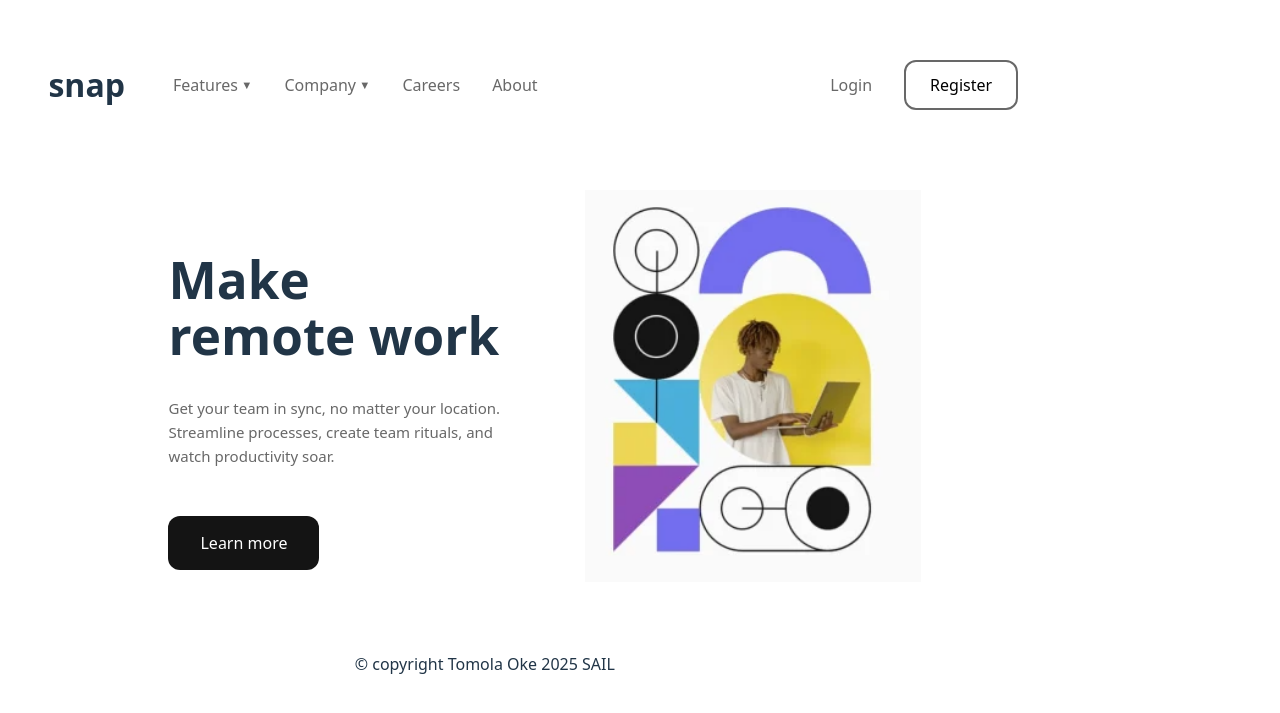
Repository: tomolaoke/SNAP
Page: /
An editor plug-in stored every save of this project. The page is shown before and after the next save, followed by the edit.
The browser window is 1280 px wide. The pictures show the whole page.
The project was rebuilt for these pictures with package versions that can differ from the ones it lists, and the page was loaded fresh each time. Also part of the build but not shown: vite.config.js, src/components/footer/Footer.css.

Above is the page before, as saved 2025-06-21 22:06:35.

After the next save:
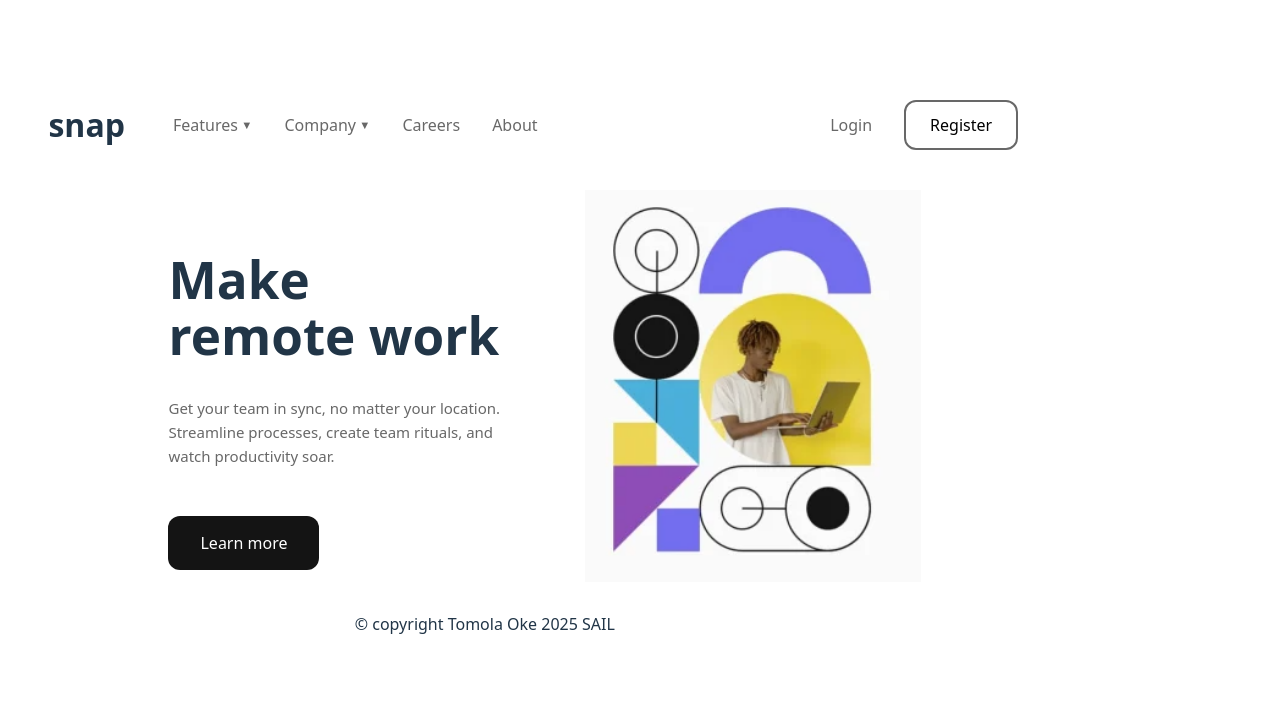
Saved 70 s later.
--- a/src/block/heroblock/HeroBlock.css
+++ b/src/block/heroblock/HeroBlock.css
@@ -2,7 +2,7 @@
   display: flex;
   align-items: center;
   gap: 5rem;
-  padding: 3rem 5%;
+  padding: 0.5rem 5%; /* Reduced top and bottom padding */
 }
 
 .hero-text {

After the save that followed:
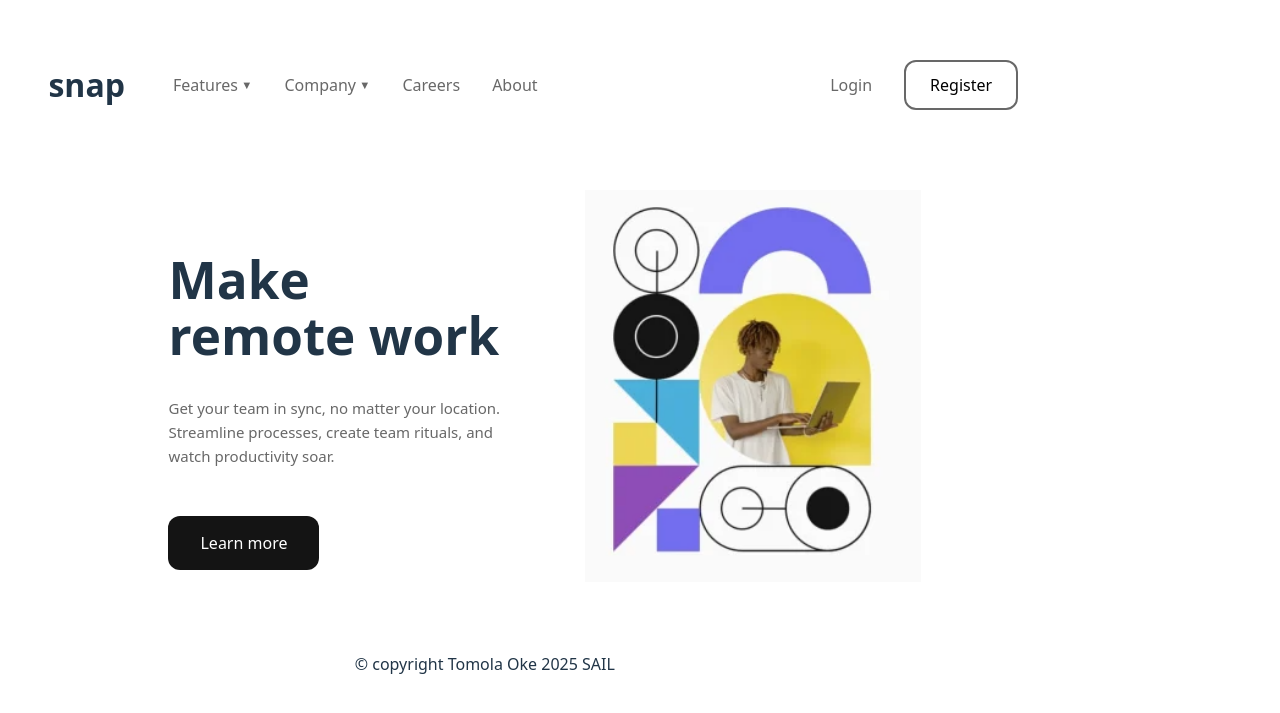
Saved 23 s later.
--- a/src/block/heroblock/HeroBlock.css
+++ b/src/block/heroblock/HeroBlock.css
@@ -2,7 +2,7 @@
   display: flex;
   align-items: center;
   gap: 5rem;
-  padding: 0.5rem 5%; /* Reduced top and bottom padding */
+  padding: 3rem 5%;
 }
 
 .hero-text {
